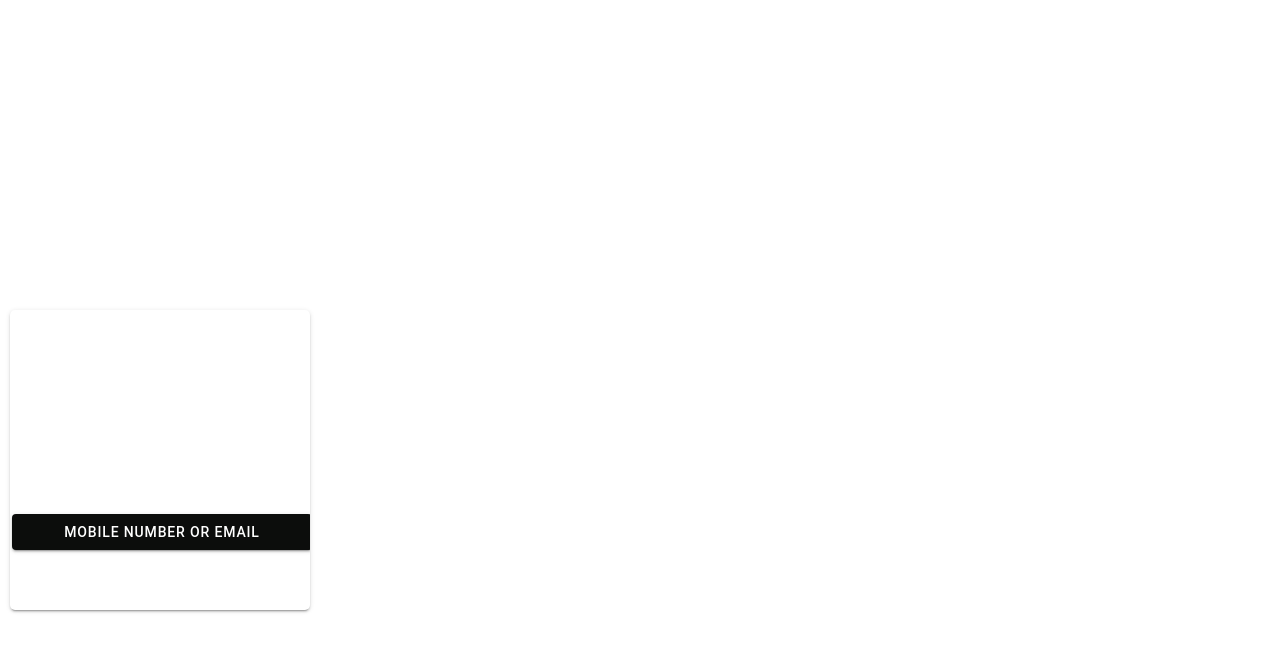
Repository: SrinivasSriniva/shoe-store
Page: /
An editor plug-in stored every save of this project. The page is shown before and after the next save, followed by the edit.
The browser window is 1280 px wide. The pictures show the whole page.
The project was rebuilt for these pictures with package versions that can differ from the ones it lists, and the page was loaded fresh each time.

Above is the page before, as saved 2022-06-30 20:37:35.

After the next save:
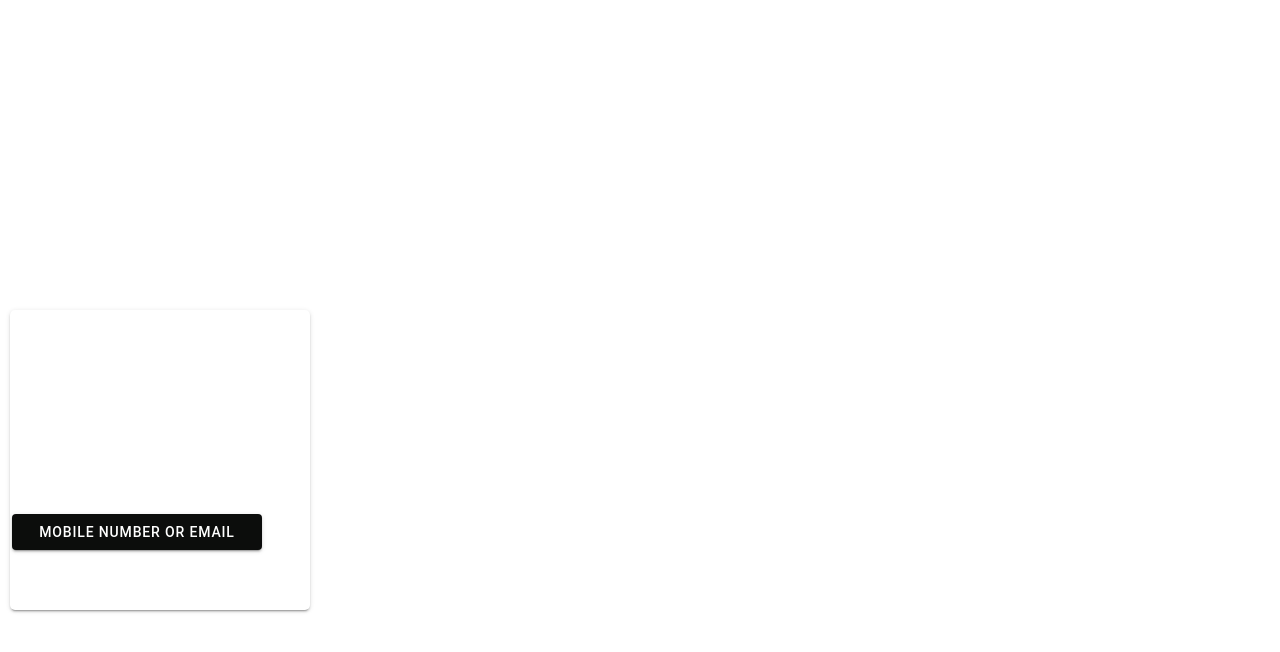
Saved 11 s later.
--- a/src/pages/Home.css
+++ b/src/pages/Home.css
@@ -7,7 +7,7 @@
 .mob-num-email-btn{
     position: relative;
     top: 200px;
-    width: 300px!important;
+    width: 250px!important;
     height: 30px;
     border-radius: 5px;
 }
